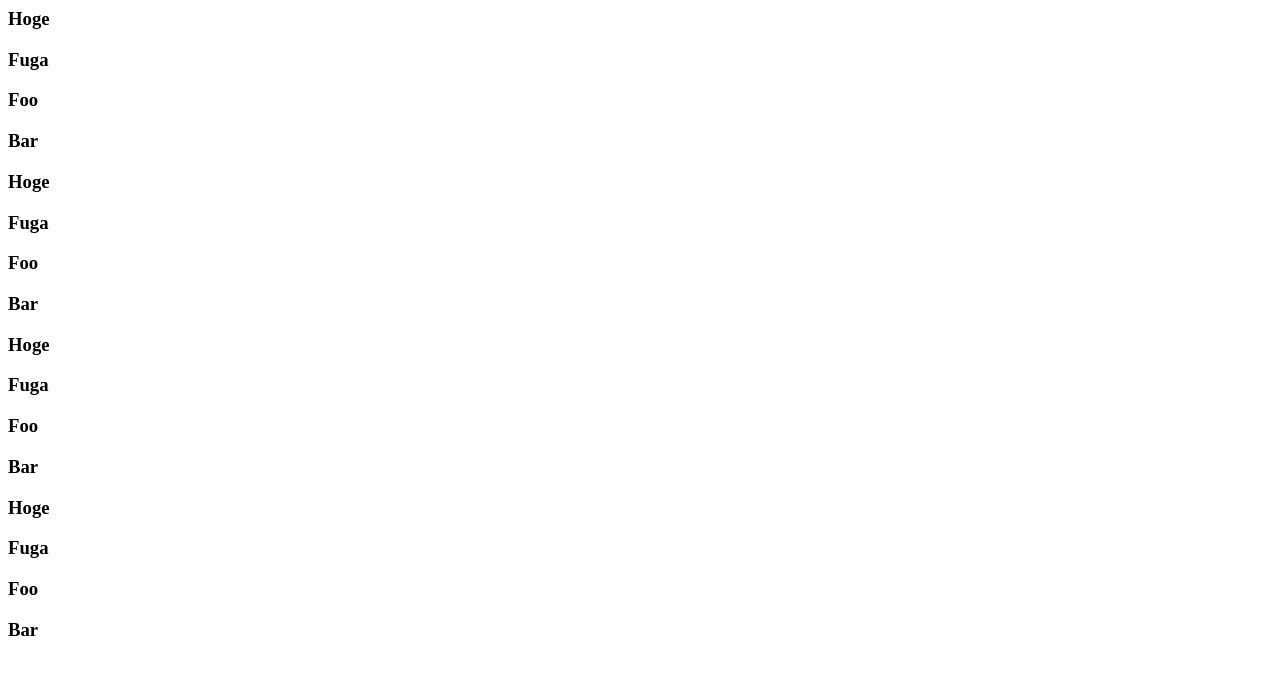
Repository: TakashiYamaguchi2021/samurai_HTML-CSS
Page: flexbox.html
The author's editor kept a record of every edit. The page is drawn from the files as they stood at one moment, then again after the next edit.
The browser window is 1280 px wide. The pictures show the whole page.

Above is the page before.

### flexbox.html
<html lang="ja">
    <head>
        <style>
            #no-wrap {
                display: flex;
                flex-wrap: wrap;
                background-color: red;
            }
            #wrap {
                display: flex;
                flex-wrap: wrap;
                background-color: yellow;
            }
            #wrap-reverse {
                display: flex;
                flex-wrap: wrap-reverse;
                background-color: blue;
            }
        </style>
    </head>
    <body>
        <div id="sort">
            <h3>Hoge</h3>
            <h3>Fuga</h3>
            <h3>Foo</h3>
            <h3>Bar</h3>
        </div>
        <div id="reverse">
            <h3>Hoge</h3>
            <h3>Fuga</h3>
            <h3>Foo</h3>
            <h3>Bar</h3>
        </div>
        <div id="column">
            <h3>Hoge</h3>
            <h3>Fuga</h3>
            <h3>Foo</h3>
            <h3>Bar</h3>
        <div id="column-reverse">
            <h3>Hoge</h3>
            <h3>Fuga</h3>
            <h3>Foo</h3>
            <h3>Bar</h3>
        </div>
    </body>
</html>

After the next edit:
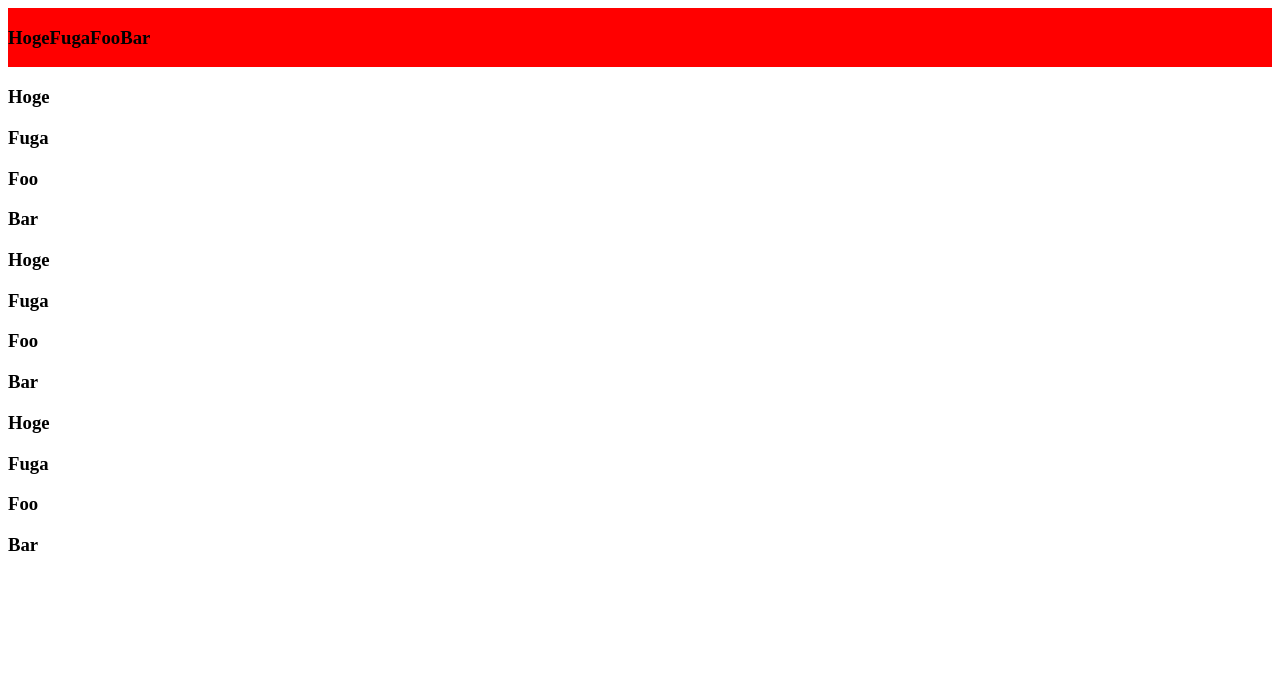
The edit:
--- a/flexbox.html
+++ b/flexbox.html
@@ -19,7 +19,7 @@
         </style>
     </head>
     <body>
-        <div id="sort">
+        <div id="no-wrap">
             <h3>Hoge</h3>
             <h3>Fuga</h3>
             <h3>Foo</h3>
